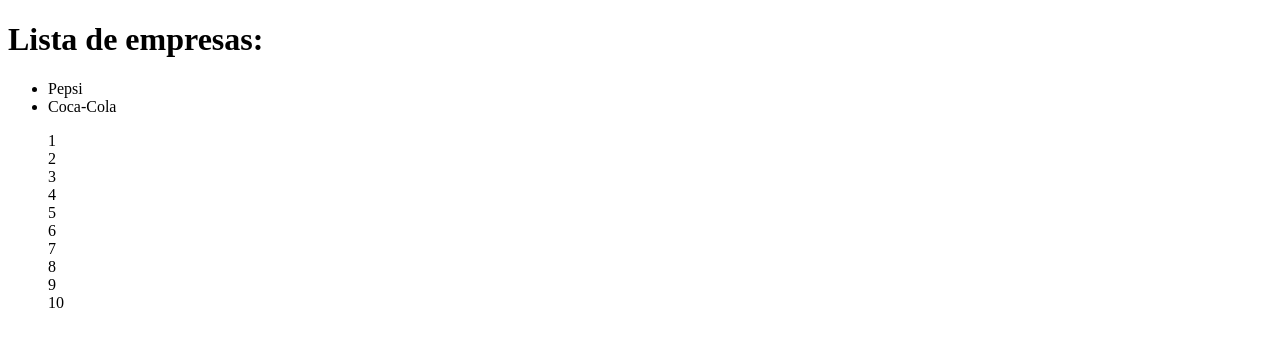
Repository: scaziti/java-spring
Page: http://localhost/gerenciador/listaEmpresas
These files come from the project's save history. The page is drawn as it stood at one moment and after the next save; the edit follows.
The browser window is 1280 px wide. The pictures show the whole page.
The page is served by Tomcat 9. Other server files are loaded and not shown.

Above is the page before, as saved 2021-06-02 12:57:19.

### gerenciador/WebContent/listaEmpresas.jsp
<%@ page language="java" contentType="text/html; charset=ISO-8859-1"
    pageEncoding="ISO-8859-1"%>

<%@ page import="java.util.List, br.com.alura.gerenciador.servlet.Empresa" %>
<%@ taglib uri="http://java.sun.com/jsp/jstl/core" prefix="c"%>
<!DOCTYPE html>
<html>
<head>
	<meta charset="ISO-8859-1">
	<title>Java Standard Tag Library </title>
</head>
<body>
	<h1>Lista de empresas: </h1>

	<ul>
		<c:forEach items="${empresas}" var="empresa">
			<li> ${empresa.nome}</li>
		</c:forEach>
	</ul>
	<ul>
		<c:forEach var="i" begin="1" end="10" step="1">
			${i}<br>
		</c:forEach>
	</ul>

<body>
</html>

### gerenciador/src/br/com/alura/gerenciador/servlet/ListaEmpresasServlet.java
package br.com.alura.gerenciador.servlet;

import java.io.IOException;
import java.io.PrintWriter;
import java.util.List;

import javax.servlet.RequestDispatcher;
import javax.servlet.ServletException;
import javax.servlet.annotation.WebServlet;
import javax.servlet.http.HttpServlet;
import javax.servlet.http.HttpServletRequest;
import javax.servlet.http.HttpServletResponse;

@WebServlet("/listaEmpresas")
public class ListaEmpresasServlet extends HttpServlet {
	private static final long serialVersionUID = 1L;

	protected void doGet(HttpServletRequest request, HttpServletResponse response)
			throws ServletException, IOException {

		Banco banco = new Banco();
		List<Empresa> lista = banco.getEmpresas();

		request.setAttribute("empresas", lista);
		RequestDispatcher rd = request.getRequestDispatcher("/listaEmpresas.jsp");
		rd.forward(request, response);
	}

}

### gerenciador/src/br/com/alura/gerenciador/servlet/Banco.java
package br.com.alura.gerenciador.servlet;

import java.util.ArrayList;
import java.util.List;

public class Banco {

	private static List<Empresa> lista = new ArrayList<>();

	static {
		Empresa empresa = new Empresa();
		empresa.setNome("Pepsi");

		Empresa empresa2 = new Empresa();
		empresa2.setNome("Coca-Cola");

		lista.add(empresa);
		lista.add(empresa2);
	}

	public void adiciona(Empresa empresa) {
		lista.add(empresa);
	}

	public List<Empresa> getEmpresas(){
		return Banco.lista;
	}

}

### gerenciador/src/br/com/alura/gerenciador/servlet/Empresa.java
package br.com.alura.gerenciador.servlet;

import java.util.Date;

public class Empresa {

	private Integer id;
	private String nome;
	private Date dataAbertura = new Date();


	public Integer  getId() {
		return id;
	}
	public void setId(Integer  id) {
		this.id = id;
	}
	public String getNome() {
		return nome;
	}
	public void setNome(String nome) {
		this.nome = nome;
	}

	public Date getDataAbertura() {
		return dataAbertura;
	}

	public void setDataAbertura(Date dataAbertura) {
		this.dataAbertura = dataAbertura;
	}
}

After the next save:
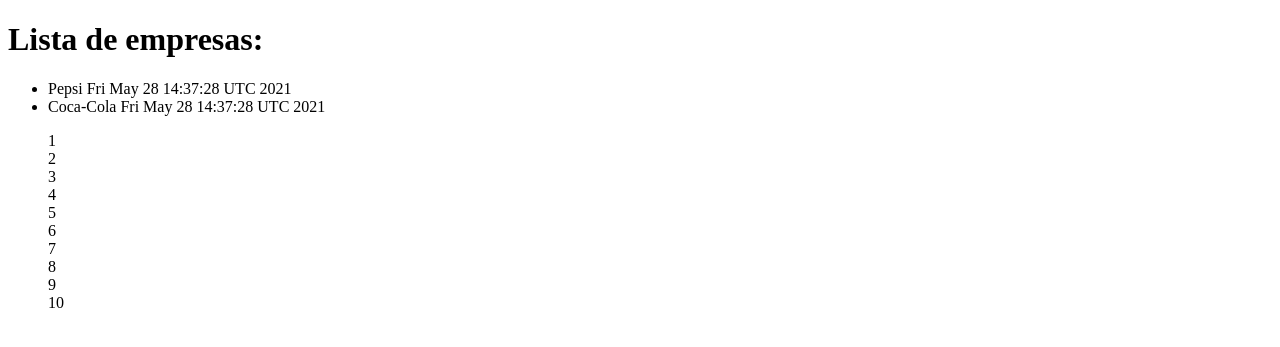
Saved 17 s later.
--- a/gerenciador/WebContent/listaEmpresas.jsp
+++ b/gerenciador/WebContent/listaEmpresas.jsp
@@ -14,7 +14,7 @@
 
 	<ul>
 		<c:forEach items="${empresas}" var="empresa">
-			<li> ${empresa.nome}</li>
+			<li> ${empresa.nome} ${empresa.dataAbertura}</li>
 		</c:forEach>
 	</ul>
 	<ul>
